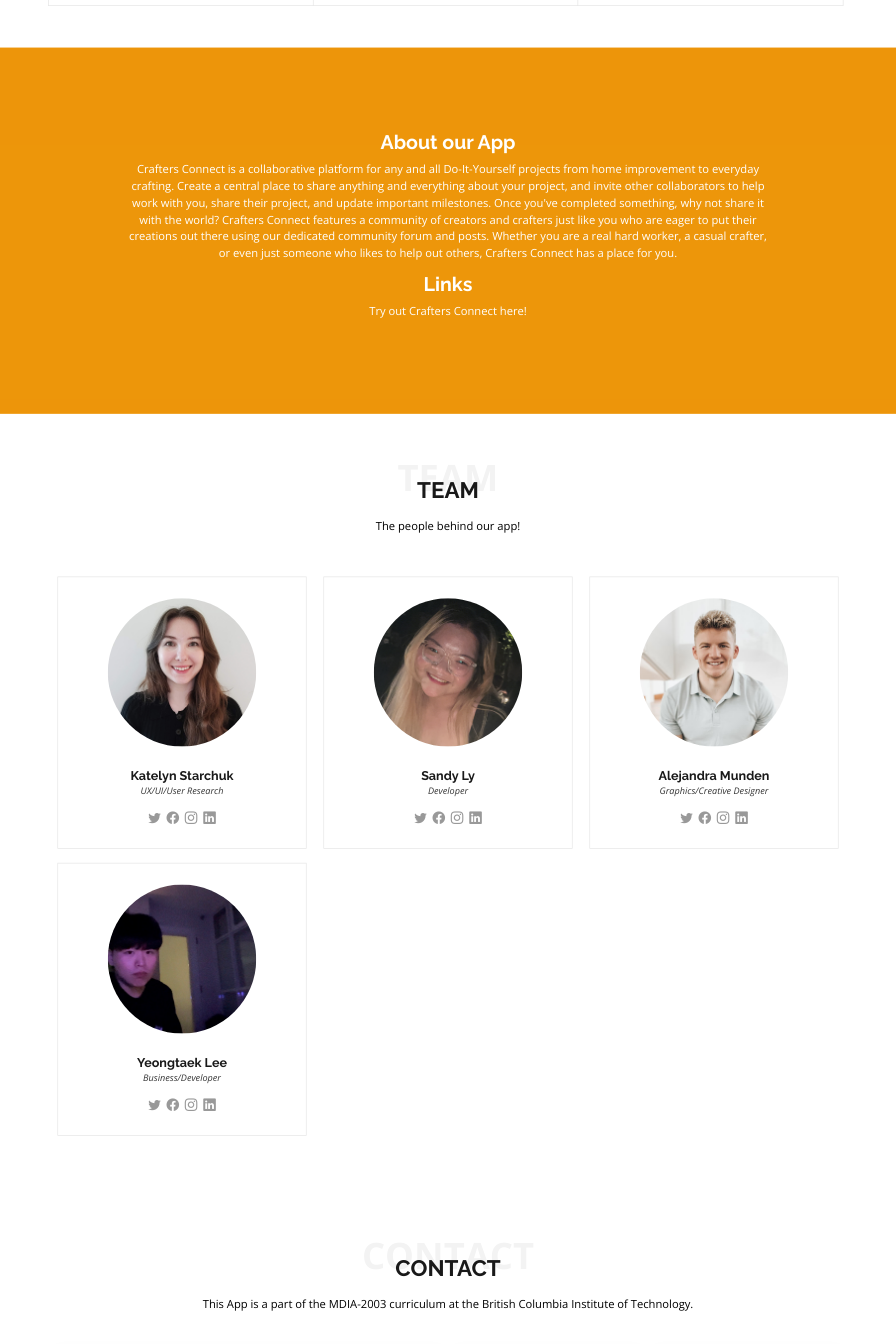
Repository: alemunden/Crafter-Connect-Marketing-Website
Page: index.html
These files come from the project's save history. The page is drawn as it stood at one moment and after the next save; the edit follows.
The browser window is 1280 px wide. The pictures show the part of the page from y = 1971 to 3891 px (the page is 5185 px tall), at 70% of full size.
A picture or video elsewhere on the page could not be fetched, so the positions and the page height are approximate.

Above is the page before, as saved 2024-05-15 16:07:01.

### index.html
<!DOCTYPE html>
<html lang="en">

<head>
  <meta charset="utf-8">
  <meta content="width=device-width, initial-scale=1.0" name="viewport">
  <title>Crafters Connect</title>
  <meta content="" name="description">
  <meta content="" name="keywords">

  <!-- Favicons -->
  <link href="assets/img/favicon.png" rel="icon">
  <link href="assets/img/apple-touch-icon.png" rel="apple-touch-icon">

  <!-- Fonts -->
  <link href="https://fonts.googleapis.com" rel="preconnect">
  <link href="https://fonts.gstatic.com" rel="preconnect" crossorigin>
  <link href="https://fonts.googleapis.com/css2?family=Open+Sans:ital,wght@0,300;0,400;0,500;0,600;0,700;0,800;1,300;1,400;1,500;1,600;1,700;1,800&family=Poppins:ital,wght@0,100;0,200;0,300;0,400;0,500;0,600;0,700;0,800;0,900;1,100;1,200;1,300;1,400;1,500;1,600;1,700;1,800;1,900&family=Raleway:ital,wght@0,100;0,200;0,300;0,400;0,500;0,600;0,700;0,800;0,900;1,100;1,200;1,300;1,400;1,500;1,600;1,700;1,800;1,900&display=swap" rel="stylesheet">

  <!-- Vendor CSS Files -->
  <link href="assets/vendor/bootstrap/css/bootstrap.min.css" rel="stylesheet">
  <link href="assets/vendor/bootstrap-icons/bootstrap-icons.css" rel="stylesheet">
  <link href="assets/vendor/aos/aos.css" rel="stylesheet">
  <link href="assets/vendor/swiper/swiper-bundle.min.css" rel="stylesheet">
  <link href="assets/vendor/glightbox/css/glightbox.min.css" rel="stylesheet">

  <!-- Main CSS File -->
  <link href="assets/css/main.css" rel="stylesheet">

  <!-- =======================================================
  * Template Name: Day
  * Template URL: https://bootstrapmade.com/day-multipurpose-html-template-for-free/
  * Updated: May 10 2024 with Bootstrap v5.3.3
  * Author: BootstrapMade.com
  * License: https://bootstrapmade.com/license/
  ======================================================== -->
</head>

<body class="index-page">

  <header id="header" class="header fixed-top">

    <div class="topbar d-flex align-items-center">
      <div class="container d-flex justify-content-center justify-content-md-between">
        <div class="contact-info d-flex align-items-center">
          <i class="bi bi-envelope d-flex align-items-center"><a href="mailto:contact@example.com">contact@crafterconnect.com</a></i>
          <i class="bi bi-phone d-flex align-items-center ms-4"><span>+1 5589 55488 55</span></i>
        </div>
        <div class="social-links d-none d-md-flex align-items-center">
          <a href="#" class="twitter"><i class="bi bi-twitter"></i></a>
          <a href="#" class="facebook"><i class="bi bi-facebook"></i></a>
          <a href="#" class="instagram"><i class="bi bi-instagram"></i></a>
          <a href="#" class="linkedin"><i class="bi bi-linkedin"></i></a>
        </div>
      </div>
    </div><!-- End Top Bar -->

    <div class="branding d-flex align-items-center">

      <div class="container position-relative d-flex align-items-center justify-content-between">
        <a href="index.html" class="logo d-flex align-items-center">
          <!-- Uncomment the line below if you also wish to use an image logo -->
          <!-- <img src="assets/img/logo.png" alt=""> -->
          <h1 class="sitename">Crafters Connect</h1>
        </a>

        <nav id="navmenu" class="navmenu">
          <ul>
            <li><a href="#hero" class="">Home</a></li>
            <li><a href="#about">About</a></li>
            <li><a href="#team">Team</a></li>
            <li><a href="#contact">Contact</a></li>
          </ul>
          <i class="mobile-nav-toggle d-xl-none bi bi-list"></i>
        </nav>
      </div>

    </div>

  </header>

  <main class="main">

    <!-- Hero Section -->
    <section id="hero" class="hero section">

      <img src="assets/img/hero-bg.jpg" alt="" data-aos="fade-in">

      <div class="container" data-aos="fade-up" data-aos-delay="100">
        <div class="row justify-content-start">
          <div class="col-lg-8">
            <h2 class="">Welcome to Crafters Connect</h2>
            <p>A collaborative platform for all things DIY</p>
            <a href="#about" class="btn-get-started">Get Started</a>
          </div>
        </div>
      </div>

    </section><!-- /Hero Section -->

    <!-- About Section -->
    <section id="about" class="about section">

      <!-- Section Title -->
      <div class="container section-title" data-aos="fade-up">
        <img src="/assets/img/logo.svg" width="305" height="180">
        <span class="">About Us<br></span>
        <h2 class="">About Us<br></h2>
        <p>We want to help make your collaborative projects easier- for everyone.</p>
      </div><!-- End Section Title -->

      <div class="container">

        <div class="row gy-4">

          <div class="col-lg-6 order-1 order-lg-2" data-aos="fade-up" data-aos-delay="100">
            <video src="assets/img/Final.mp4" class="img-fluid" alt="" muted autoplay loop>
          </div>

          <div class="col-lg-6 order-2 order-lg-1 content" data-aos="fade-up" data-aos-delay="200">
            <h3>An All-Purpose App</h3>
            <p class="fst-italic">
              Crafter Connect is an app designed by creators, for creators.
            </p>
            <ul>
              <li><i class="bi bi-check-circle"></i> <span>Real-time editing and sharing of files between collaborators</span></li>
              <li><i class="bi bi-check-circle"></i> <span>Project progress indicators</span></li>
              <li><i class="bi bi-check-circle"></i> <span>A community full of artists and creators ready to share their projects</span></li>
            </ul>
          </div>

        </div>

      </div>

    </section><!-- /About Section -->

    <!-- Cards Section -->
    <section id="cards" class="cards section">

      <div class="container">

        <div class="row no-gutters">

          <div class="col-lg-4 col-md-6 card" data-aos="fade-up" data-aos-delay="100">
            <span>01</span>
            <h4>Create Projects</h4>
            <p>Start a DIY project in our app using our innovative tools such as a built-in tutorial editor and a video section.</p>
          </div><!-- End Card Item -->

          <div class="col-lg-4 col-md-6 card" data-aos="fade-up" data-aos-delay="200">
            <span>02</span>
            <h4>Invite Collaborators</h4>
            <p>Invite other creators and collaborators to work together on something you love.</p>
          </div><!-- End Card Item -->

          <div class="col-lg-4 col-md-6 card" data-aos="fade-up" data-aos-delay="300">
            <span>03</span>
            <h4>Set Milestones</h4>
            <p>Create milestones to gauge your progress in a way that feels more rewarding than just a simple to-do list.</p>
          </div><!-- End Card Item -->

          <div class="col-lg-4 col-md-6 card" data-aos="fade-up" data-aos-delay="400">
            <span>04</span>
            <h4>Manage Your Files</h4>
            <p>Add, remove, and edit files related to your project all in real-time with your fellow collaborators in a shared space.</p>
          </div><!-- End Card Item -->

          <div class="col-lg-4 col-md-6 card" data-aos="fade-up" data-aos-delay="400">
            <span>05</span>
            <h4>Share Your Creations</h4>
            <p>Share your projects with the world, whether it's on our creator community or on other platforms.</p>
          </div><!-- End Card Item -->

          <div class="col-lg-4 col-md-6 card" data-aos="fade-up" data-aos-delay="600">
            <span>06</span>
            <h4>Visit the Community</h4>
            <p>Discover a dedicated community of other creators and their DIY projects in our community posts.</p>
          </div><!-- End Card Item -->

        </div>

      </div>

    </section><!-- /Cards Section -->

    <!-- Call To Action Section -->
    <section id="call-to-action" class="call-to-action section">

      <div class="container">
        <div class="row justify-content-center" data-aos="zoom-in" data-aos-delay="100">
          <div class="col-xl-10">
            <div class="text-center">
              <h3>About our App</h3>
              <p>Crafters Connect is a collaborative platform for any and all Do-It-Yourself projects from home improvement to everyday crafting. Create a central place to share anything and everything about your project, and invite other collaborators to help work with you, share their project, and update important milestones. Once you've completed something, why not share it with the world? Crafters Connect features a community of creators and crafters just like you who are eager to put their creations out there using our dedicated community forum and posts. Whether you are a real hard worker, a casual crafter, or even just someone who likes to help out others, Crafters Connect has a place for you.</p>
            </div>
            <div class="text-center">
              <h3>Links</h3>
              <p>Try out Crafters Connect <a href="https://www.figma.com/proto/7NULAtnjrj1iwbcx0juovm/Crafter-Connect-IDSP?node-id=1-3088&t=H73n4CwWE8gxTK0F-1&scaling=scale-down&page-id=0%3A1&starting-point-node-id=1%3A3088" class="prototype-link">here!</a></p>
            </div>
          </div>
        </div>
      </div>

    </section><!-- /Call To Action Section -->

    <!-- Team Section -->
    <section id="team" class="team section">

      <!-- Section Title -->
      <div class="container section-title" data-aos="fade-up">
        <span class="">Team</span>
        <h2>Team</h2>
        <p>The people behind our app!</p>
      </div><!-- End Section Title -->

      <div class="container">

        <div class="row">

          <div class="col-lg-4 col-md-6 d-flex" data-aos="fade-up" data-aos-delay="100">
            <div class="member">
              <img src="assets/img/team/KateHeadshot.jpg" class="img-fluid" alt="">
              <div class="member-content">
                <h4>Katelyn Starchuk</h4>
                <span>UX/UI/User Research</span>
                <div class="social">
                  <a href=""><i class="bi bi-twitter"></i></a>
                  <a href=""><i class="bi bi-facebook"></i></a>
                  <a href=""><i class="bi bi-instagram"></i></a>
                  <a href=""><i class="bi bi-linkedin"></i></a>
                </div>
              </div>
            </div>
          </div><!-- End Team Member -->

          <div class="col-lg-4 col-md-6 d-flex" data-aos="fade-up" data-aos-delay="200">
            <div class="member">
              <img src="assets/img/team/sandyphoto.jpg" class="img-fluid" alt="">
              <div class="member-content">
                <h4>Sandy Ly</h4>
                <span>Developer</span>
                <div class="social">
                  <a href=""><i class="bi bi-twitter"></i></a>
                  <a href=""><i class="bi bi-facebook"></i></a>
                  <a href=""><i class="bi bi-instagram"></i></a>
                  <a href=""><i class="bi bi-linkedin"></i></a>
                </div>
              </div>
            </div>
          </div><!-- End Team Member -->

          <div class="col-lg-4 col-md-6 d-flex" data-aos="fade-up" data-aos-delay="300">
            <div class="member">
              <img src="assets/img/team/team-3.jpg" class="img-fluid" alt="">
              <div class="member-content">
                <h4>Alejandra Munden</h4>
                <span>Graphics/Creative Designer</span>
                <div class="social">
                  <a href=""><i class="bi bi-twitter"></i></a>
                  <a href=""><i class="bi bi-facebook"></i></a>
                  <a href=""><i class="bi bi-instagram"></i></a>
                  <a href=""><i class="bi bi-linkedin"></i></a>
                </div>
              </div>
            </div>
          </div><!-- End Team Member -->

          <div class="col-lg-4 col-md-6 d-flex" data-aos="fade-up" data-aos-delay="300">
            <div class="member">
              <img src="assets/img/team/yeongtaekphoto.jpg" class="img-fluid" alt="">
              <div class="member-content">
                <h4>Yeongtaek Lee</h4>
                <span>Business/Developer</span>
                <div class="social">
                  <a href=""><i class="bi bi-twitter"></i></a>
                  <a href=""><i class="bi bi-facebook"></i></a>
                  <a href=""><i class="bi bi-instagram"></i></a>
                  <a href=""><i class="bi bi-linkedin"></i></a>
                </div>
              </div>
            </div>
          </div><!-- End Team Member -->

        </div>

      </div>

    </section><!-- /Team Section -->

    <!-- Contact Section -->
    <section id="contact" class="contact section">

      <!-- Section Title -->
      <div class="container section-title" data-aos="fade-up">
        <span class="">Contact</span>
        <h2 class="">Contact</h2>
        <p>This App is a part of the MDIA-2003 curriculum at the British Columbia Institute of Technology.</p>
      </div><!-- End Section Title -->

      <div class="container" data-aos="fade-up" data-aos-delay="100">

        <div class="row gy-4">

          <div class="col-lg-6">
            <div class="info-item d-flex flex-column justify-content-center align-items-center" data-aos="fade-up" data-aos-delay="200">
              <i class="bi bi-geo-alt"></i>
              <h3>Address</h3>
              <p>3700 Willingdon Ave, Burnaby, BC V5G 3H2</p>
            </div>
          </div><!-- End Info Item -->

          <div class="col-lg-3 col-md-6">
            <div class="info-item d-flex flex-column justify-content-center align-items-center" data-aos="fade-up" data-aos-delay="300">
              <i class="bi bi-telephone"></i>
              <h3>Call Us</h3>
              <p>+1 5589 55488 55</p>
            </div>
          </div><!-- End Info Item -->

          <div class="col-lg-3 col-md-6">
            <div class="info-item d-flex flex-column justify-content-center align-items-center" data-aos="fade-up" data-aos-delay="400">
              <i class="bi bi-envelope"></i>
              <h3>Email Us</h3>
              <p>amunden@my.bcit.ca</p>
            </div>
          </div><!-- End Info Item -->

        </div>

        <div class="row gy-4 mt-1">
          <div class="col-lg-6" data-aos="fade-up" data-aos-delay="300">
            <iframe src="https://www.google.com/maps/embed?pb=!1m18!1m12!1m3!1d2604.4469241282613!2d-123.00446662367045!3d49.24897437138775!2m3!1f0!2f0!3f0!3m2!1i1024!2i768!4f13.1!3m3!1m2!1s0x54867721fd53fee5%3A0x355ab207647a109d!2sBritish%20Columbia%20Institute%20of%20Technology!5e0!3m2!1sen!2sca!4v1715813914695!5m2!1sen!2sca" width="600" height="450" style="border:0;" allowfullscreen="" loading="lazy" referrerpolicy="no-referrer-when-downgrade"></iframe>
          </div><!-- End Google Maps -->

          <div class="col-lg-6">
            <form action="forms/contact.php" method="post" class="php-email-form" data-aos="fade-up" data-aos-delay="400">
              <div class="row gy-4">

                <div class="col-md-6">
                  <input type="text" name="name" class="form-control" placeholder="Your Name" required="">
                </div>

                <div class="col-md-6 ">
                  <input type="email" class="form-control" name="email" placeholder="Your Email" required="">
                </div>

                <div class="col-md-12">
                  <input type="text" class="form-control" name="subject" placeholder="Subject" required="">
                </div>

                <div class="col-md-12">
                  <textarea class="form-control" name="message" rows="6" placeholder="Message" required=""></textarea>
                </div>

                <div class="col-md-12 text-center">
                  <div class="loading">Loading</div>
                  <div class="error-message"></div>
                  <div class="sent-message">Your message has been sent. Thank you!</div>

                  <button type="submit">Send Message</button>
                </div>

              </div>
            </form>
          </div><!-- End Contact Form -->

        </div>

      </div>

    </section><!-- /Contact Section -->

  </main>

  <footer id="footer" class="footer position-relative">

    <div class="container footer-top">
      <div class="row gy-4">
        <div class="col-lg-4 col-md-6">
          <div class="footer-about">
            <a href="index.html" class="logo sitename">Crafters Connect</a>
            <div class="footer-contact pt-3">
              <p>3700 Willingdon Ave</p>
              <p>Burnaby, BC V5G 3H2</p>
              <p>05/14/2024</p>
              <p class="mt-3"><strong>Phone:</strong> <span>+1 5589 55488 55</span></p>
              <p><strong>Email:</strong> <span>amunden@my.bcit.ca</span></p>
            </div>
            <div class="social-links d-flex mt-4">
              <a href=""><i class="bi bi-twitter"></i></a>
              <a href=""><i class="bi bi-facebook"></i></a>
              <a href=""><i class="bi bi-instagram"></i></a>
              <a href=""><i class="bi bi-linkedin"></i></a>
            </div>
          </div>
        </div>

        <div class="col-lg-2 col-md-3 footer-links">
          <h4>Useful Links</h4>
          <ul>
            <li><a href="#">Home</a></li>
            <li><a href="#">About us</a></li>
            <li><a href="#">Services</a></li>
            <li><a href="#">Terms of service</a></li>
            <li><a href="#">Privacy policy</a></li>
          </ul>
        </div>

        <div class="col-lg-4 col-md-12 footer-newsletter">
          <h4>Our Newsletter</h4>
          <p>Subscribe to our newsletter and receive the latest news about our products and services!</p>
          <form action="forms/newsletter.php" method="post" class="php-email-form">
            <div class="newsletter-form"><input type="email" name="email"><input type="submit" value="Subscribe"></div>
            <div class="loading">Loading</div>
            <div class="error-message"></div>
            <div class="sent-message">Your subscription request has been sent. Thank you!</div>
          </form>
        </div>

      </div>
    </div>

    <div class="container copyright text-center mt-4">
      <p>© <span>Copyright</span> <strong class="px-1 sitename">Day</strong> <span>All Rights Reserved</span></p>
      <div class="credits">
        <!-- All the links in the footer should remain intact. -->
        <!-- You can delete the links only if you've purchased the pro version. -->
        <!-- Licensing information: https://bootstrapmade.com/license/ -->
        <!-- Purchase the pro version with working PHP/AJAX contact form: [buy-url] -->
        Designed by <a href="https://bootstrapmade.com/">BootstrapMade</a>
      </div>
    </div>

  </footer>

  <!-- Scroll Top -->
  <a href="#" id="scroll-top" class="scroll-top d-flex align-items-center justify-content-center"><i class="bi bi-arrow-up-short"></i></a>

  <!-- Preloader -->
  <div id="preloader"></div>

  <!-- Vendor JS Files -->
  <script src="assets/vendor/bootstrap/js/bootstrap.bundle.min.js"></script>
  <script src="assets/vendor/php-email-form/validate.js"></script>
  <script src="assets/vendor/aos/aos.js"></script>
  <script src="assets/vendor/swiper/swiper-bundle.min.js"></script>
  <script src="assets/vendor/glightbox/js/glightbox.min.js"></script>
  <script src="assets/vendor/imagesloaded/imagesloaded.pkgd.min.js"></script>
  <script src="assets/vendor/isotope-layout/isotope.pkgd.min.js"></script>

  <!-- Main JS File -->
  <script src="assets/js/main.js"></script>

</body>

</html>

Loaded but not shown: assets/vendor/bootstrap/css/bootstrap.min.css (library); assets/vendor/bootstrap-icons/bootstrap-icons.css (library); assets/vendor/aos/aos.css (library); assets/vendor/swiper/swiper-bundle.min.css (library); assets/vendor/glightbox/css/glightbox.min.css (library); assets/vendor/bootstrap/js/bootstrap.bundle.min.js (library); assets/vendor/php-email-form/validate.js (common file); assets/vendor/aos/aos.js (library); assets/vendor/swiper/swiper-bundle.min.js (library); assets/vendor/glightbox/js/glightbox.min.js (library); assets/vendor/imagesloaded/imagesloaded.pkgd.min.js (library); assets/vendor/isotope-layout/isotope.pkgd.min.js (library); assets/js/main.js (198 lines, source omitted); assets/css/main.css (1703 lines, source omitted)

After the next save:
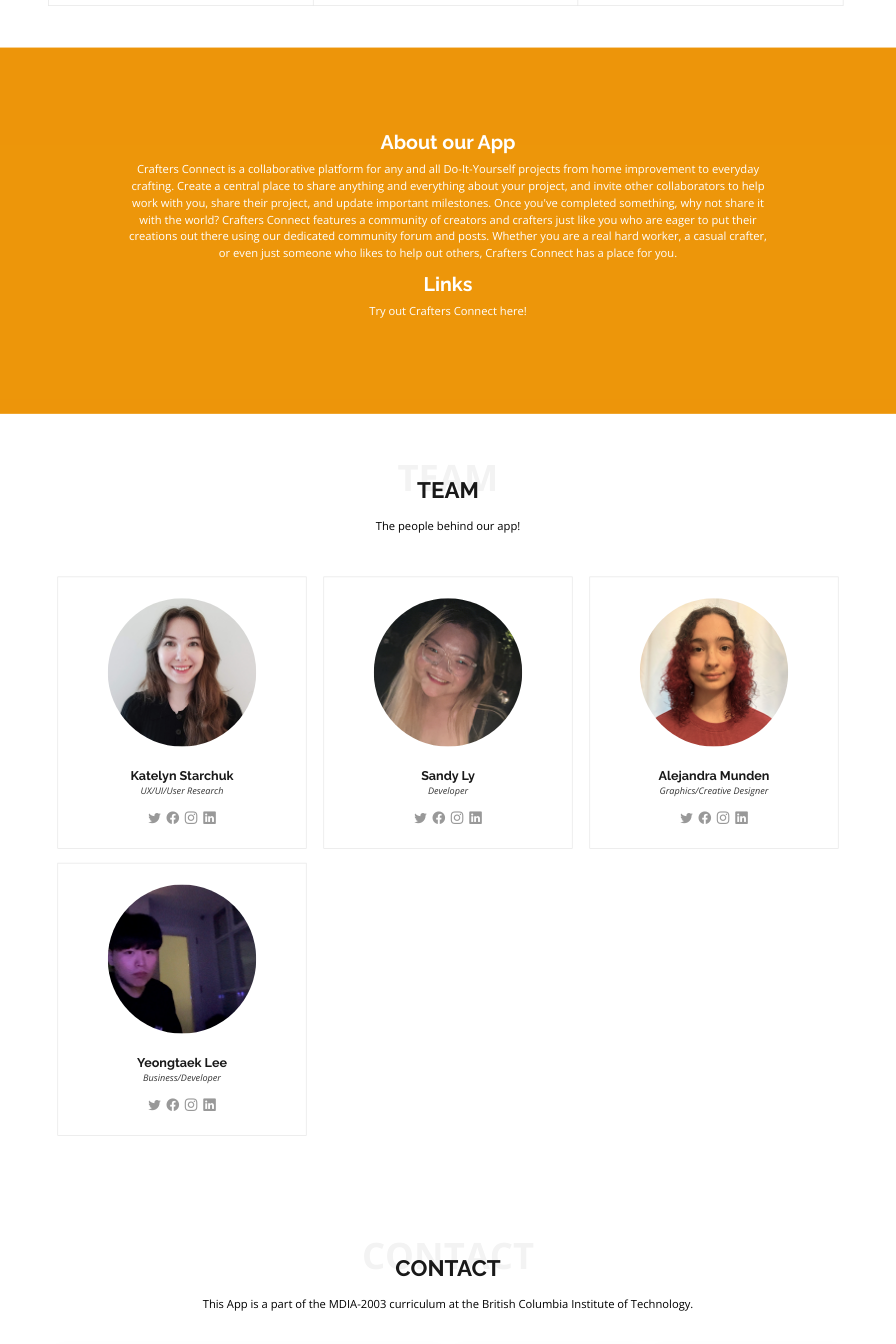
Saved 8 min 40 s later.
--- a/index.html
+++ b/index.html
@@ -252,7 +252,7 @@
 
           <div class="col-lg-4 col-md-6 d-flex" data-aos="fade-up" data-aos-delay="300">
             <div class="member">
-              <img src="assets/img/team/team-3.jpg" class="img-fluid" alt="">
+              <img src="assets/img/team/alephoto.jpg" class="img-fluid" alt="">
               <div class="member-content">
                 <h4>Alejandra Munden</h4>
                 <span>Graphics/Creative Designer</span>
